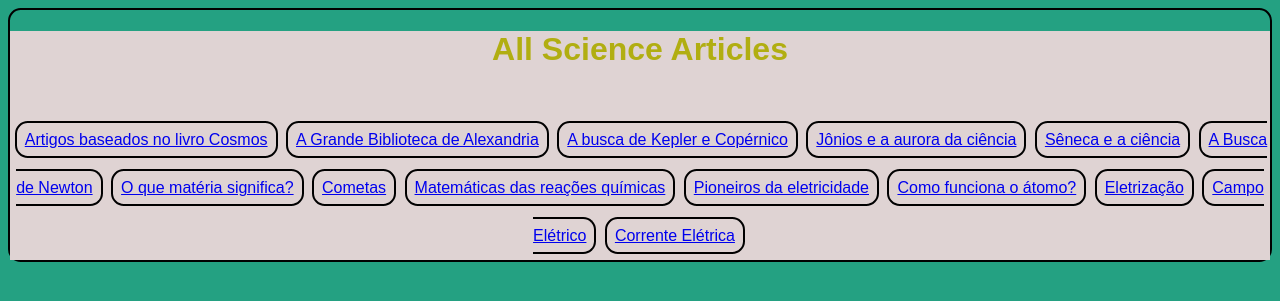
Repository: batmit/FutureFundation.github.io-1
Page: menu/articles/ciencias/ciencias.html
These files come from the project's save history. The page is drawn as it stood at one moment and after the next save; the edit follows.
The browser window is 1280 px wide. The pictures show the whole page.

Above is the page before, as saved 2021-09-11 13:48:57.

After the next save:
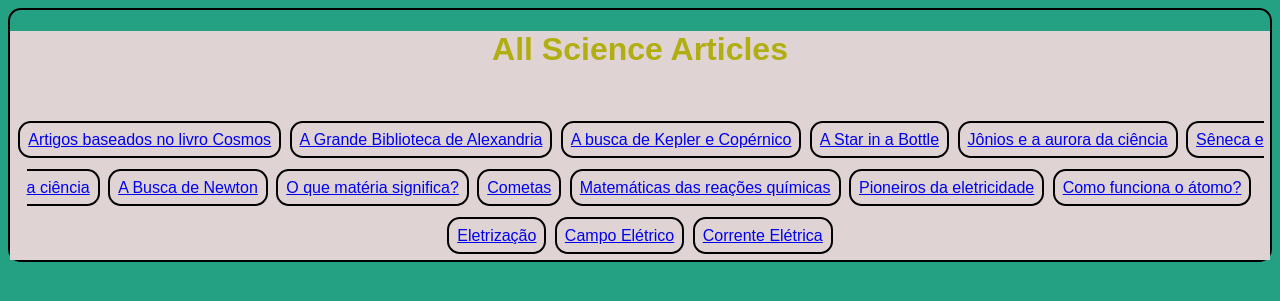
Saved 46 s later.
--- a/menu/articles/ciencias/ciencias.html
+++ b/menu/articles/ciencias/ciencias.html
@@ -22,6 +22,7 @@
             <a href="./cosmosmaraton.html">Artigos baseados no livro Cosmos</a>
             <a href="./bibliotecaalexandria.html">A Grande Biblioteca de Alexandria</a>
             <a href="./keplercopérnico.html">A busca de Kepler e Copérnico</a>
+            <a href="./energia/star_ina_bottle.html">A Star in a Bottle</a>
             <a href="./jonios.html">Jônios e a aurora da ciência</a>
             <a href="./Sêneca.html">Sêneca e a ciência</a>
             <a href="./newtonbusca.html">A Busca de Newton</a>
